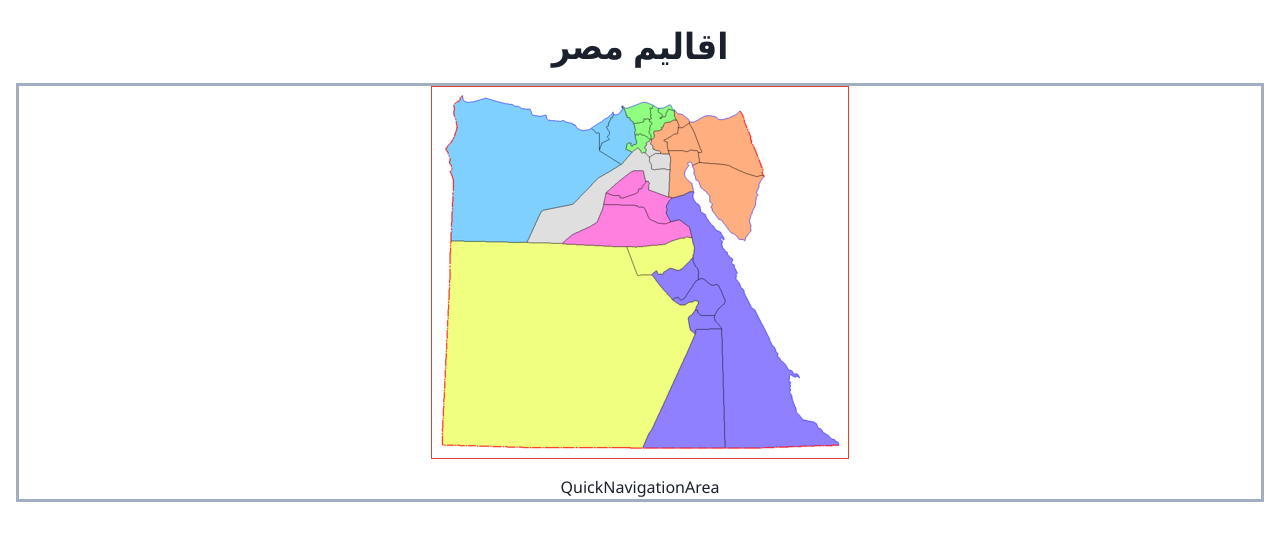
Repository: ahmed-mohamed-eng/egypt-gov-map
Page: /
An editor plug-in stored every save of this project. The page is shown before and after the next save, followed by the edit.
The browser window is 1280 px wide. The pictures show the whole page.
Some web fonts or font styles are not loaded; a fallback is used. The project was rebuilt for these pictures with package versions that can differ from the ones it lists, and the page was loaded fresh each time. The framework's server and built-in components were replaced by stand-ins that run in the browser. Also part of the build but not shown: next.config.js.

Above is the page before, as saved 2022-05-28 13:51:38.

### pages/_app.tsx
import "../styles/globals.css";

import type { AppProps } from "next/app";

import { ChakraProvider, extendTheme } from "@chakra-ui/react";

const theme = extendTheme({
  fonts: {
    heading: `"Aref Ruqaa" ,'Segoe UI', Tahoma, Geneva, Verdana, sans-serif`,
  }
});

function MyApp({ Component, pageProps }: AppProps) {
  return (
    <ChakraProvider theme={theme}>
      <Component {...pageProps} />
    </ChakraProvider>
  );
}

export default MyApp;

### pages/_document.tsx
import Document, {
  Html,
  Head,
  Main,
  NextScript,
  DocumentContext,
} from "next/document";

class MyDocument extends Document {
  static async getInitialProps(ctx: DocumentContext) {
    const initialProps = await Document.getInitialProps(ctx);
    return { ...initialProps };
  }

  render() {
    return (
      <Html dir="rtl" lang="ar">
        <Head />
        <body>
          <Main />
          <NextScript />
        </body>
      </Html>
    );
  }
}

export default MyDocument;

### pages/index.tsx
import type { NextPage } from "next";

// Custom Components
import Header from "../components/Header";
import PageContainer from "../components/PageContainer";
import MainContentArea from "../components/MainContentArea";

const Home: NextPage = () => {
  return (
    <PageContainer>
      <Header headerTitle="اقاليم مصر" />
      <MainContentArea />
    </PageContainer>
  );
};

export default Home;

### styles/globals.css
@import url('https://fonts.googleapis.com/css2?family=Aref+Ruqaa:wght@400;700&display=swap');

@tailwind base;
@tailwind components;
@tailwind utilities;

html,
body {
  padding: 0;
  margin: 0;
  font-family: -apple-system, BlinkMacSystemFont, Segoe UI, Roboto, Oxygen,
    Ubuntu, Cantarell, Fira Sans, Droid Sans, Helvetica Neue, sans-serif;
}

a {
  color: inherit;
  text-decoration: none;
}

* {
  box-sizing: border-box;
  font-family: "Aref Ruqaa" ,'Segoe UI', Tahoma, Geneva, Verdana, sans-serif;
}

### components/Header/index.tsx
export { Header as default } from "./Header";

### components/PageContainer/index.tsx
export { PageContainer as default } from "./PageContainer";

### components/MainContentArea/index.tsx
export { MainContentArea as default } from "./MainContentArea";

### components/Header/Header.tsx
import { Flex, Heading } from "@chakra-ui/react";

export interface HeaderProps {
  headerTitle: string;
}

export const Header = (props: HeaderProps) => {
  return (
    <Flex
      as="header"
      justifyContent="center"
      alignItems="center"
      fontSize="1.5rem"
      fontFamily="arabic"
    >
      <Heading as="h1">{props.headerTitle}</Heading>
    </Flex>
  );
};

### components/PageContainer/PageContainer.tsx
import { VStack } from "@chakra-ui/react"

export const PageContainer = (props: any) => {
  return (
    <VStack py="1.5rem" px="1rem" spacing="1rem">
        {props.children}
    </VStack>
  )
}

### components/MainContentArea/MainContentArea.tsx
import { VStack } from "@chakra-ui/react";

// Custom Components.
import MapArea from "./MapArea";
import QuickNavigationArea from "./QuickNavigationArea";

export const MainContentArea = () => {
  return (
    <VStack
      as="main"
      w="full"
      spacing="1rem"
      borderWidth="medium"
      borderColor="gray.400"
    >
      <MapArea />
      <QuickNavigationArea />
    </VStack>
  );
};

### components/MainContentArea/MapArea/index.tsx
export { MapArea as default } from "./MapArea";

### components/MainContentArea/QuickNavigationArea/index.tsx
export { QuickNavigationArea as default } from "./QuickNavigationArea";

### components/MainContentArea/MapArea/MapArea.tsx
import { VStack } from "@chakra-ui/react";

// Custom Components.
import MapImage from "./MapImage";

export const MapArea = () => {
  return (
    <VStack w="full" spacing="0.5rem">
      <MapImage />
    </VStack>
  );
};

### components/MainContentArea/QuickNavigationArea/QuickNavigationArea.tsx
import React from 'react'

export const QuickNavigationArea = () => {
  return (
    <div>QuickNavigationArea</div>
  )
}

### components/MainContentArea/MapArea/MapImage/index.tsx
export { MapImage as default } from "./MapImage";

### components/MainContentArea/MapArea/MapImage/MapImage.tsx
import React from "react";

import { Flex, Image } from "@chakra-ui/react";

// Images Sources.
import mapImage from "../../../../images/Egypt_Provinces.webp";

export const MapImage = () => {
  return (
    <Flex borderWidth="thin" borderColor="red.500" p="0.5rem">
      <Image mixBlendMode="multiply" src={mapImage.src} alt="Egypt Province Map" />
    </Flex>
  );
};

Loaded but not shown: tailwind.config.js (common file)

After the next save:
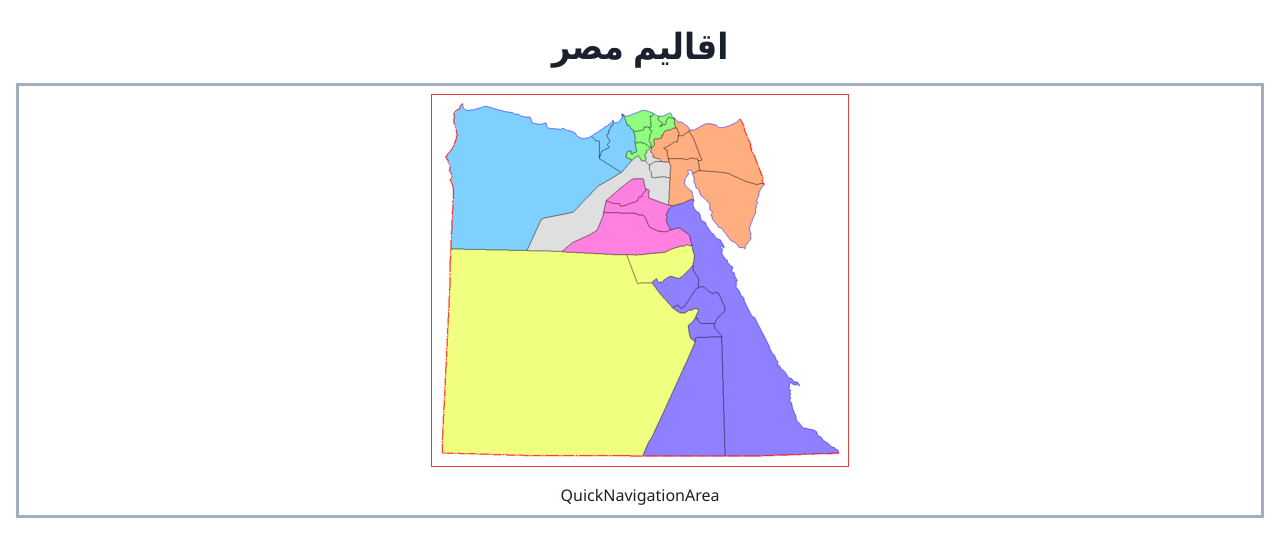
Saved 6 s later.
--- a/components/MainContentArea/MainContentArea.tsx
+++ b/components/MainContentArea/MainContentArea.tsx
@@ -10,6 +10,7 @@ export const MainContentArea = () => {
       as="main"
       w="full"
       spacing="1rem"
+      p="0.5rem"
       borderWidth="medium"
       borderColor="gray.400"
     >
